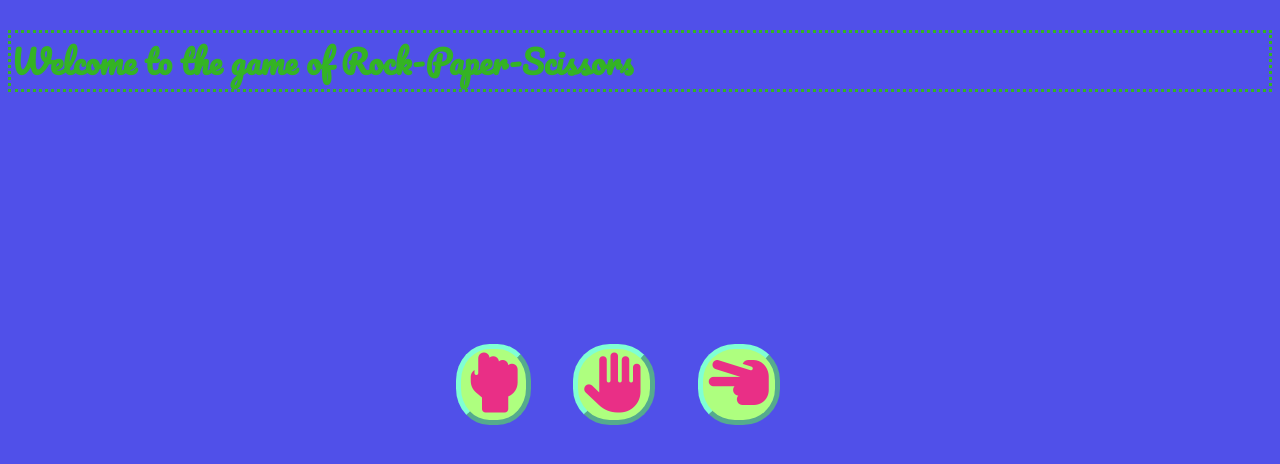
Repository: 0101chaitanya/Rock-Paper-Scissors
Page: index.html
An editor plug-in stored every save of this project. The page is shown before and after a run of saves, followed by the edit.
The browser window is 1280 px wide. The pictures show the whole page.
Some web libraries are served in a nearby version.

Above is the page before, as saved 2021-05-14 17:17:53.
Not found: linkk.js

After the next 2 saves:
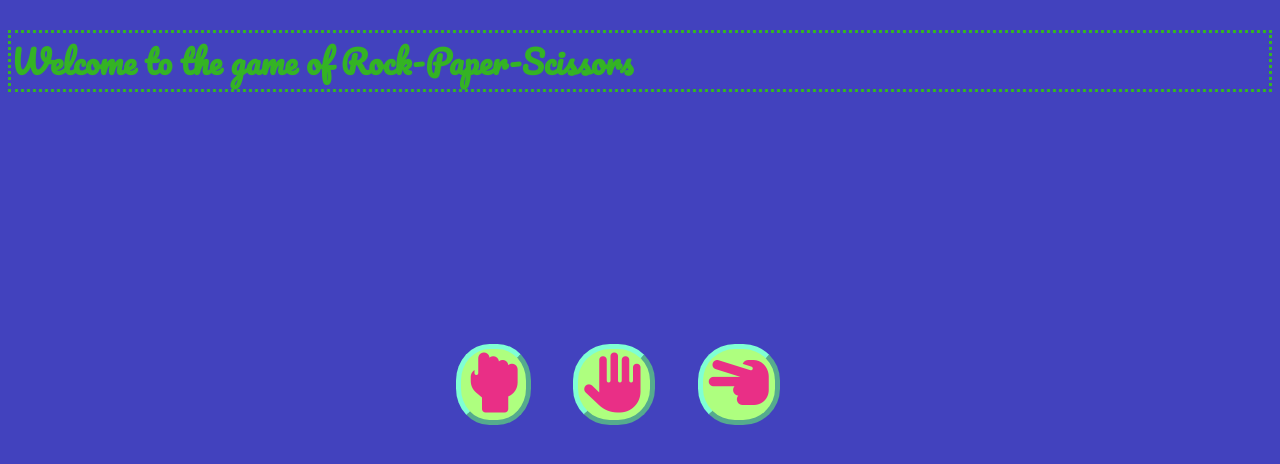
The 2 saves are shown as one change because they came seconds apart.
The last was saved 8 s later.
--- a/style.css
+++ b/style.css
@@ -1,7 +1,7 @@
 html{
    margin: 0;
        font-family: 'Pacifico', cursive;
-background-color:rgb(80, 80, 233);
+background-color:rgb(66, 66, 190);
     }
    h1  {
      margin : 30px auto 0px;
